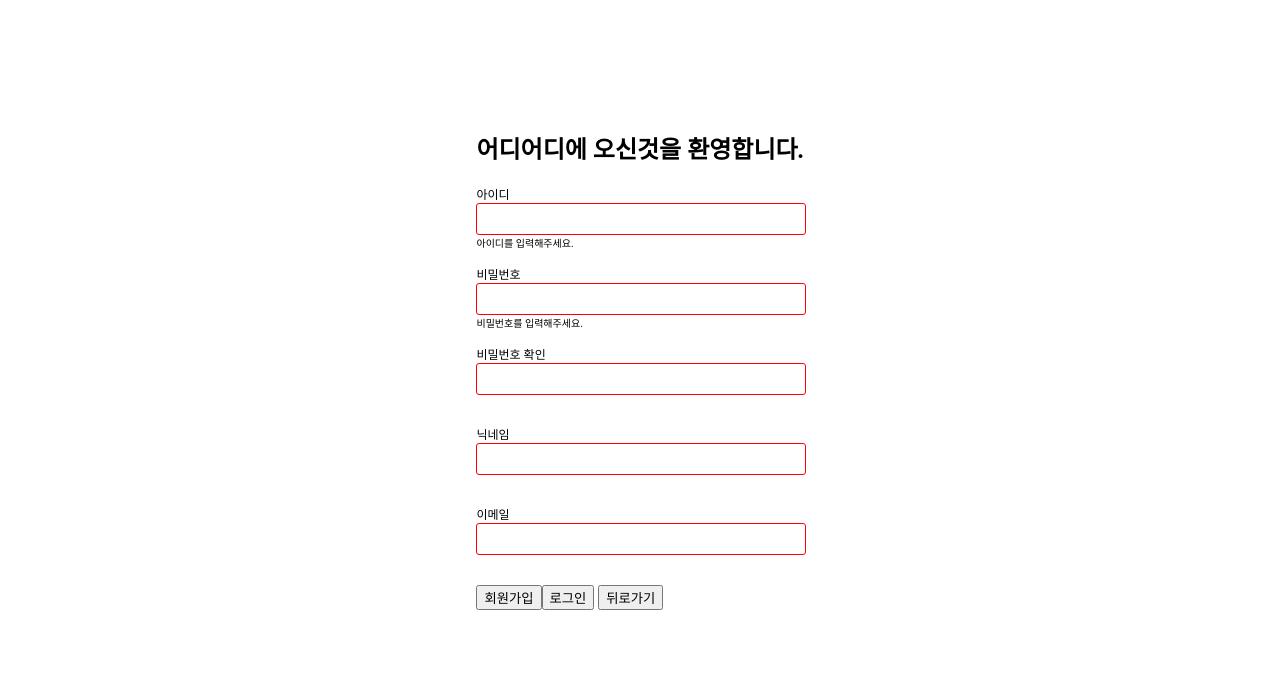
Repository: zzangyu/koreanFoodsProject
Page: http://localhost/koreanFoodsProject/koreanFoods/signUp.jsp
These files come from the project's save history. The page is drawn as it stood at one moment and after the next save; the edit follows.
The browser window is 1280 px wide. The pictures show the whole page.
The page is served by Tomcat 9. Other server files are loaded and not shown.

Above is the page before, as saved 2022-12-29 07:27:08.

### koreanFoodsProject/src/main/webapp/koreanFoods/signUp.jsp
<%@ page language="java" contentType="text/html; charset=UTF-8"
    pageEncoding="UTF-8"%>
<!DOCTYPE html>
<html>
<head>
<meta charset="UTF-8">
<link type="text/css" rel="stylesheet" href="css/kFoods.css">
<title>Sign Up</title>
</head>
<body>
	<form action="" id="signUp">
		<div id="signUp_Wrap">
			<h2>어디어디에 오신것을 환영합니다.</h2>
			<div>
				<label class="signUp_textSize">아이디</label>
				<div>
					<input type="text" name="kf_id" class="signUp_input">
					<div class="signUp_check_textSize" id="signUp_idCheck">아이디를 입력해주세요.</div>
				</div>
			</div>
			<div>
				<label class="signUp_textSize">비밀번호</label>
				<div>
					<input type="password" name="kf_password" class="signUp_input">
					<div class="signUp_check_textSize" id="signUp_idCheck">비밀번호를 입력해주세요.</div>
				</div>
			</div>
			<div>
				<label class="signUp_textSize">비밀번호 확인</label>
				<div>
					<input type="password" name="kf_passwordCheck" class="signUp_input">
					<div class="signUp_check_textSize" id="signUp_idCheck"></div>
				</div>
			</div>
			<div>
				<label class="signUp_textSize">닉네임</label>
				<div>
					<input type="text" name="kf_nickname" class="signUp_input">
					<div class="signUp_check_textSize" id="signUp_nickCheck"></div>
				</div>
			</div>
			<div>
				<label class="signUp_textSize">이메일</label>
				<div>
					<input type="text" name="kf_email" class="signUp_input">
					<div class="signUp_check_textSize" id="signUp_emailCheck"></div>
				</div>
			</div>
			<button class="signUp_button1">회원가입</button><button class="signUp_button1">로그인</button>
			<button class="signUp_button2">뒤로가기</button>
		</div>
	</form>
</body>
</html>

### koreanFoodsProject/src/main/webapp/koreanFoods/css/kFoods.css
@charset "UTF-8";
html, body {
	margin: 0;
	padding: 0;
	width: 100%;
	height: 100%;
}
a {
	text-decoration: none;
}
#loginButton {
	background-color: yellow;
}
#loginButton a {
	color: red;
}
#signUp {
	width: 100%;
	height: 100%;
	display: flex;
	justify-content: center;
	align-items: center;
}
.signUp_textSize {
	font-size: 12px;
}
.signUp_check_textSize {
	font-size: 10px;
}
#signUp_Wrap h2 {
	text-align: center;
}
#signUp_Wrap > div {
	width: 100%;
	height: 80px;
}
.signUp_input {
	margin: 0;
    padding: 0;
    width: 100%;
    height: 30px;
    border: 1px solid red;
    border-radius: 3px;
}
.signUp_button {
	width: 50%;
	height: 36px;
	margin-top: 28px;
}

After the next save:
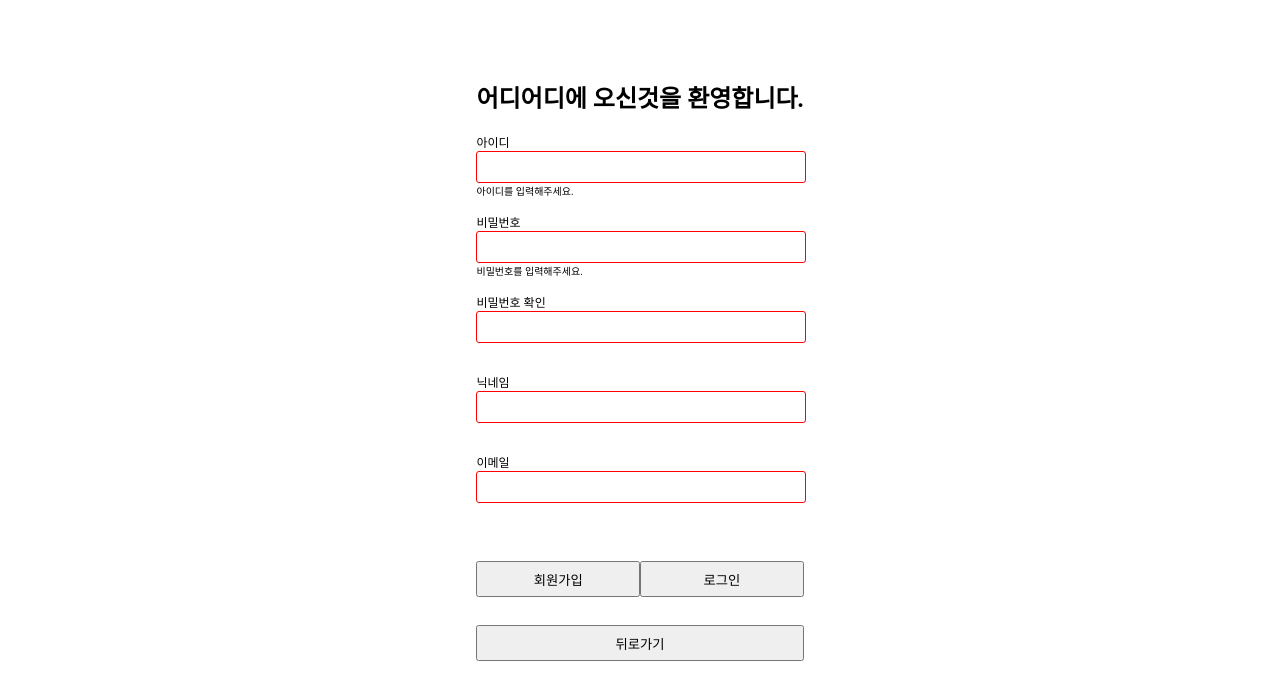
Saved 10 s later.
--- a/koreanFoodsProject/src/main/webapp/koreanFoods/css/kFoods.css
+++ b/koreanFoodsProject/src/main/webapp/koreanFoods/css/kFoods.css
@@ -42,8 +42,13 @@ a {
     border: 1px solid red;
     border-radius: 3px;
 }
-.signUp_button {
+.signUp_button1 {
 	width: 50%;
 	height: 36px;
 	margin-top: 28px;
 }
+.signUp_button2 {
+	width: 100%;
+	height: 36px;
+	margin-top: 28px;
+}
